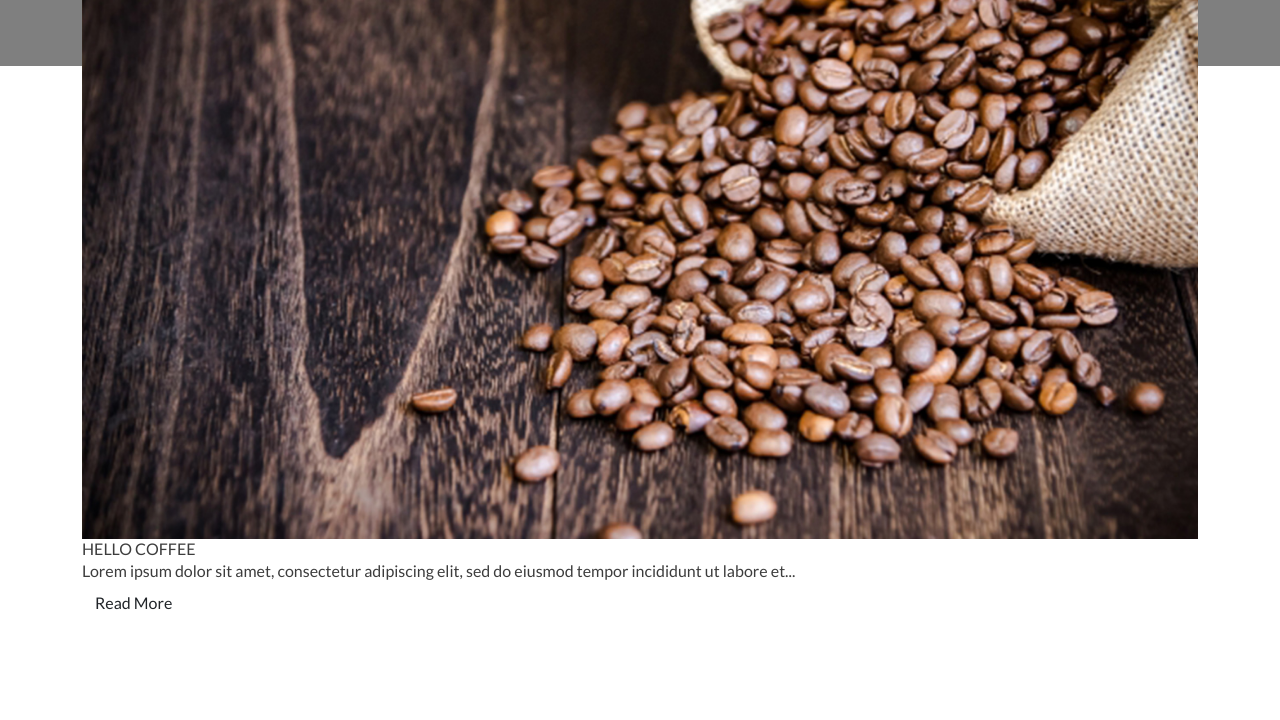
Repository: kuluong2000/coffe
Page: index.html
An editor plug-in stored every save of this project. The page is shown before and after the next save, followed by the edit.
The browser window is 1280 px wide. The pictures show the whole page.

Above is the page before, as saved 2021-10-01 15:21:14.

After the next save:
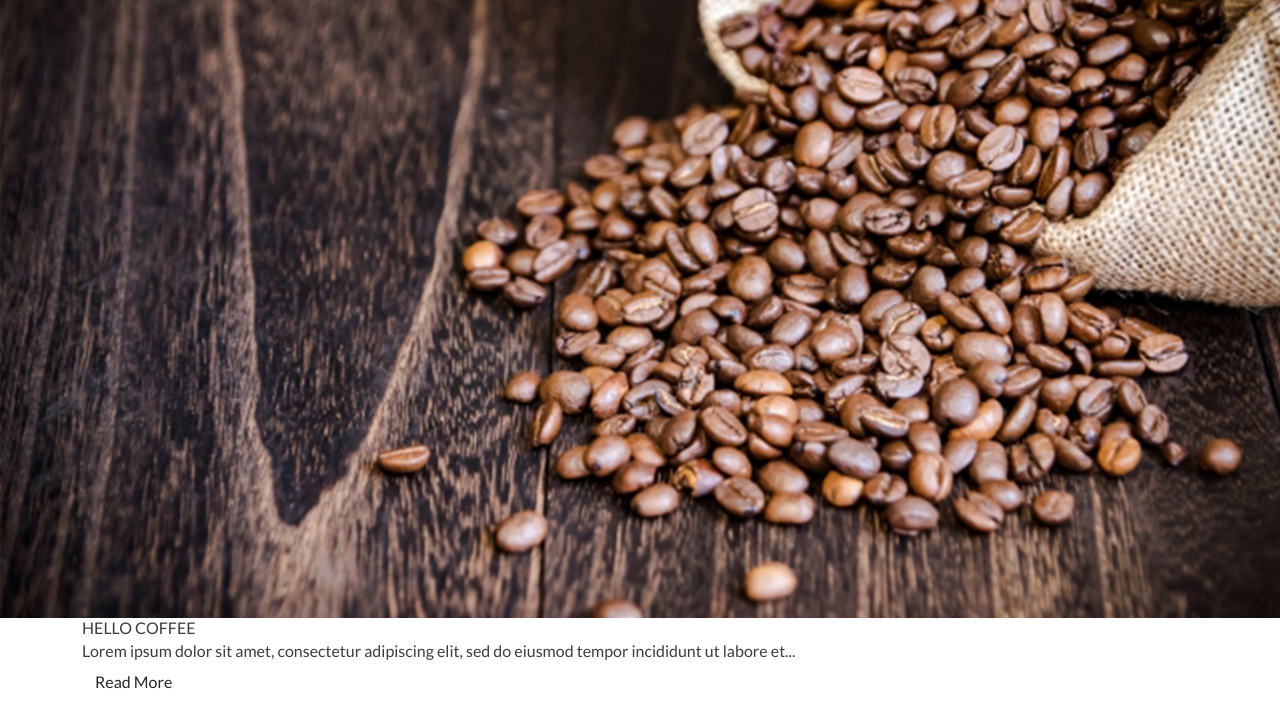
Saved 62 s later.
--- a/index.html
+++ b/index.html
@@ -40,12 +40,12 @@
     </header>
     <main>
       <section class="banner">
+        <div class="banner-img">
+          <img src="./Assets/image/banner.jpg" alt="" srcset="" />
+        </div>
         <div class="container">
           <div class="row">
             <div class="banner-main">
-              <div class="banner-img">
-                <img src="./Assets/image/banner.jpg" alt="" srcset="" />
-              </div>
               <div class="banner-content">
                 <h1 class="banner-heading">HELLO COFFEE</h1>
                 <p class="banner-desc">Lorem ipsum dolor sit amet, consectetur adipiscing elit, sed do eiusmod tempor incididunt ut labore et...</p>
